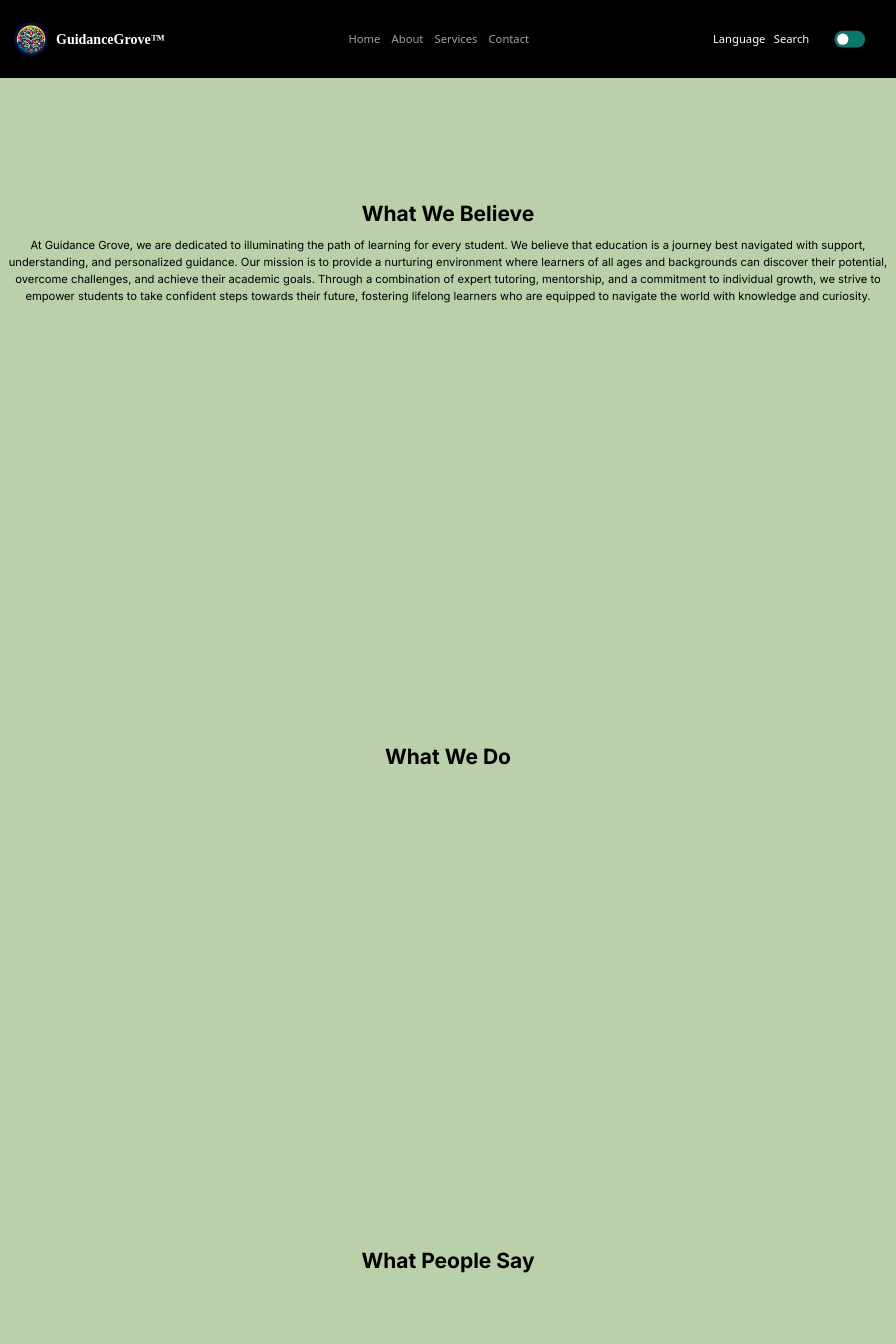
Repository: PositiveGuy/GuidanceGrove
Page: /
An editor plug-in stored every save of this project. The page is shown before and after the next save, followed by the edit.
The browser window is 1280 px wide. The pictures show the part of the page from y = 0 to 1920 px (the page is 3874 px tall before and 3600 px after), at 70% of full size.
The project was rebuilt for these pictures with package versions that can differ from the ones it lists, and the page was loaded fresh each time. The framework's server and built-in components were replaced by stand-ins that run in the browser. Also part of the build but not shown: next.config.js.

Above is the page before, as saved 2023-12-28 11:26:32.

### src/app/layout.tsx
import React from 'react';
import Header from '../components/header';
import Footer from '../components/footer';
import { Inter } from 'next/font/google';
import './globals.css';
import { ThemeContextProvider } from '@/context/ThemeContext';
import ThemeProvider from '@/providers/ThemeProvider';
import ThemeWrapper from '@/components/ThemeWrapper';

//font
const inter = Inter({ subsets: ['latin'] });



//header and footer layout
const RootLayout = ({ children }: { children: React.ReactNode }) => {
  return (
    <html lang='en'>
      <body>
        <ThemeContextProvider>
          <ThemeProvider>
            <Header />
            <ThemeWrapper>
              <main className={inter.className}>{children}</main>
            </ThemeWrapper>
            <Footer />
          </ThemeProvider>
        </ThemeContextProvider>
      </body>
    </html>
  );
};

export default RootLayout;

### src/app/page.tsx
import React from 'react';
//components import
import BelieveSection from '../components/BelieveSection';
import ServicesSection from '../components/ServicesSection';
import TestimonialsSection from '../components/TestimonialsSection';
import CallToActionSection from '../components/CallToActionSection';
import ContactSection from '../components/ContactSection';


//page layout
const Page = () => {
  return (
    <>

      <BelieveSection />
      <ServicesSection />
      <TestimonialsSection />
      <CallToActionSection />
      <ContactSection />
    </>
  );
};

export default Page;

### src/components/header.tsx
"use client"
import ThemeToggle from "./ThemeToggle";


const Header = () => {
  return (
    <nav className="fixed z-50 w-full flex justify-between items-center p-5 bg-black">
      {/* Left Side: Logo and GuidanceGrove™ */}
      <div className="flex items-center space-x-3">
        <img src="/Logo/guidance-grove-logo.png" alt="Guidance Grove Logo" className="h-12 w-12 rounded-full" />
        <div className="text-xl font-caveat font-bold text-white">
          GuidanceGrove™
        </div>
      </div>

      {/* Center: Navigation Links */}
      <div>
        <ul className="flex space-x-4">
          <li><a href="/" className="text-neutral-400 hover:text-white">Home</a></li>
          <li><a href="/about" className="text-neutral-400 hover:text-white">About</a></li>
          <li><a href="/services" className="text-neutral-400 hover:text-white">Services</a></li>
          <li><a href="/contact" className="text-neutral-400 hover:text-white">Contact</a></li>
        </ul>
      </div>

      {/* Right Side: Placeholders for Language, Search, and Dark Mode Toggle */}
      <div className="flex items-center space-x-3">
        <div className="text-white">Language</div>
        <div className="text-white">Search</div>
        <ThemeToggle />
      </div>
    </nav>
  );
};

export default Header;

### src/components/footer.tsx
import Image from "next/image";

const Footer = () => {
    return (
      <footer className="p-5 bg-black shadow-inner text-center">
        <div className="flex justify-center space-x-8 mt-10">
          {/* Placeholder for social icons */}
          <Image src={"/SVGs/ig.svg"} width={50} height={50} alt="ig"></Image>
          <Image src={"/SVGs/fb.svg"} width={50} height={50} alt="fb"></Image>
          <Image src={"/SVGs/tw.svg"} width={50} height={50} alt="tw"></Image>
          <Image src={"/SVGs/wa.svg"} width={50} height={50} alt="wa"></Image>
          <Image src={"/SVGs/yt.svg"} width={50} height={50} alt="in"></Image>
        </div>

        <div className="flex justify-center space-x-1 mb-10 text-teal-50">
          <div className="mt-20">
            ©2023; designed with love and care by
          </div>
          <div className="mt-20 font-caveat">
          GuidanceGrove™
          </div>
        </div>
      </footer>
    );
  };
  //make GuidanceGrove in font Caveat
  export default Footer;

### src/app/globals.css
@tailwind base;
@tailwind components;
@tailwind utilities;

:root {
  --foreground-rgb: 0, 0, 0;
  --background-start-rgb: 214, 219, 220;
  --background-end-rgb: 255, 255, 255;
}

@media (prefers-color-scheme: dark) {
  :root {
    --foreground-rgb: 255, 255, 255;
    --background-start-rgb: 0, 0, 0;
    --background-end-rgb: 0, 0, 0;
  }
}

body {
  color: rgb(var(--foreground-rgb));
  background: linear-gradient(
      to bottom,
      transparent,
      rgb(var(--background-end-rgb))
    )
    rgb(var(--background-start-rgb));
}

.custom-shadow {
    box-shadow: 0 2px 4px rgba(0, 0, 0, 0.2);
}

### src/context/ThemeContext.tsx
"use client"
import { createContext, useState, ReactNode, useEffect } from "react"

interface ChildrenProps {
    children: ReactNode
}

interface ThemeContextType {
    theme: string
    toggle: () => void
}

// This component is responsible to registering and remembering what theme was chosen by the user
// we use local storage for that
export const ThemeContext = createContext<ThemeContextType>({
    theme: "light",
    toggle: () => { },
})

function getFromLocalStorage() {
    if (typeof window === "undefined") {
        return "light";
    }
    const storedTheme = localStorage.getItem("theme");
    console.log("Initial theme from localStorage:", storedTheme); // Debug log
    return storedTheme || "light";
}


export const ThemeContextProvider = ({ children }: ChildrenProps) => {
    const [theme, setTheme] = useState<string>(getFromLocalStorage)

    // since next.js uses server side rendering, we must specify if the transition to client is completed
    const toggle = () => {
        setTheme(prevTheme => prevTheme === "light" ? "dark" : "light");
    };



    useEffect(() => {
        console.log("Updating theme in localStorage to:", theme); // Debug log
        localStorage.setItem("theme", theme);
    }, [theme]);



    return <ThemeContext.Provider value={{ theme, toggle }}>{children}</ThemeContext.Provider>
}

### src/providers/ThemeProvider.tsx
"use client"

import { ThemeContext } from "@/context/ThemeContext"
import { useState, useEffect, useContext, ReactNode } from "react"


interface ChildrenProps {
    children: ReactNode
}

// this component is created to keep the layout/page as server side rendered.
// useContext() requires you to have "use client"

export default function ThemeProvider({ children }: ChildrenProps) {
    const { theme } = useContext(ThemeContext)
    const [mounted, setMounted] = useState(false)

    useEffect(() => {
        setMounted(true)
    }, [])

    if (mounted) {
        return <div className={theme}>{children}</div>
    }
    return <div className={theme}>{children}</div>
}

### src/components/ThemeWrapper.tsx
"use client"
import React, { useContext } from 'react';
import { ThemeContext } from '@/context/ThemeContext';

const ThemeWrapper = ({ children }: { children: React.ReactNode }) => {
    const { theme } = useContext(ThemeContext);

    return (
        <div className={`${theme === "light" ? " bg-sage" : "bg-gray-700"}`}>
            {children}
        </div>
    );
};

export default ThemeWrapper;

### src/components/BelieveSection.tsx
"use client"
import { ThemeContext } from "@/context/ThemeContext";
import { useContext } from "react";

const BelieveSection = () => {
  const { theme } = useContext(ThemeContext)
  return (
    <div id="believe" className={`h-screen flex items-center justify-center ${theme === "light" ? " bg-red" : "bg-blue"} `}>
      <div className="text-center">
        <h2 className="text-3xl font-bold">What We Believe</h2>
        <p className="mt-4">At Guidance Grove, we are dedicated to illuminating the path of learning for every student.
          We believe that education is a journey best navigated with support, understanding, and personalized guidance.
          Our mission is to provide a nurturing environment where learners of all ages and backgrounds
          can discover their potential, overcome challenges, and achieve their academic goals.
          Through a combination of expert tutoring, mentorship, and a commitment to individual growth,
          we strive to empower students to take confident steps towards their future,
          fostering lifelong learners who are equipped to navigate the world with knowledge and curiosity.</p>
      </div>
    </div>
  );
};

export default BelieveSection;

### src/components/ServicesSection.tsx
"use client"
import { ThemeContext } from "@/context/ThemeContext";
import { useContext } from "react";

const ServicesSection = () => {
  const { theme } = useContext(ThemeContext)
  return (
    <div id="services" className={`h-screen flex items-center justify-center  `}>
      <div className="text-center">
        <h2 className="text-3xl font-bold">What We Do</h2>
        {/* Add service details here */}
      </div>
    </div>
  );
};

export default ServicesSection;

### src/components/TestimonialsSection.tsx
"use client"
import { ThemeContext } from "@/context/ThemeContext";
import { useContext } from "react";

const TestimonialsSection = () => {
  const { theme } = useContext(ThemeContext)
  return (
    <div id="testimonials" className={`h-screen flex items-center justify-center   `}>
      <div className="text-center">
        <h2 className="text-3xl font-bold">What People Say</h2>
        {/* Add testimonials here */}
      </div>
    </div>
  );
};

export default TestimonialsSection;

### src/components/CallToActionSection.tsx
"use client"
import { ThemeContext } from "@/context/ThemeContext";
import { useContext } from "react";

const CallToActionSection = () => {
  const { theme } = useContext(ThemeContext)
  return (
    <div id="cta" className={`h-screen flex items-center justify-center  `}>
      <div className="container mx-auto px-4 sm:px-6 lg:px-8">
        <div className="flex flex-wrap -mx-4 items-center">
          <div className="text-left lg:w-1/2 px-4 mb-4 lg:mb-0">
            <h2 className="text-5xl font-bold">Payments tool for software companies</h2>
            <p className="mt-2 text-lg">From checkout to global sales tax compliance, companies around the world use Flowbite to simplify their payment stack.</p>
            <button className="mt-4 bg-blue-500 text-white py-2 px-4 rounded hover:bg-blue-700">
              Get started ➤
            </button>
          </div>
          <div className="lg:w-1/2 px-4 flex justify-center lg:justify-end">
            <img src="DALLE/career.png" alt="Software Payment Tool" className="object-contain lg:object-cover h-80 w-full lg:w-auto rounded-lg shadow-lg" />
          </div>
        </div>
      </div>
    </div>
  );
};

export default CallToActionSection;

### src/components/ContactSection.tsx
"use client"
import { ThemeContext } from "@/context/ThemeContext";
import { useContext } from "react";

const ContactSection = () => {
  const { theme } = useContext(ThemeContext)
  return (
    <div id="contact" className={`h-screen flex items-center justify-center  `}>
      <div className="text-center">
        <h2 className="text-3xl font-bold">Contact Us</h2>
        {/* Add contact form or information here */}
      </div>
    </div>
  );
};

export default ContactSection;

### src/components/ThemeToggle.tsx
"use client"
import { useContext } from 'react'
import { Switch } from '@headlessui/react'
import { ThemeContext } from '@/context/ThemeContext'

export default function Example() {
    const { toggle, theme } = useContext(ThemeContext)

    // Determine if the switch should be on or off based on the current theme
    const isDarkMode = theme === 'dark'

    return (
        <div className="flex items-center justify-center p-6"> {/* Adjusted for centering */}
            <Switch
                checked={isDarkMode}
                onChange={toggle} // Use the toggle function from context
                className={`${isDarkMode ? 'bg-teal-900' : 'bg-teal-700'}
                    relative inline-flex items-center h-6 rounded-full w-11 transition-colors focus:outline-none`}
            >
                <span className="sr-only">Toggle theme</span>
                <span
                    aria-hidden="true"
                    className={`${isDarkMode ? 'translate-x-6' : 'translate-x-1'}
                        inline-block w-4 h-4 transform bg-white rounded-full transition-transform`}
                />
            </Switch>
        </div>
    )
}

### tailwind.config.ts
import type { Config } from 'tailwindcss'

const config: Config = {
  content: [
    './src/pages/**/*.{js,ts,jsx,tsx,mdx}',
    './src/components/**/*.{js,ts,jsx,tsx,mdx}',
    './src/app/**/*.{js,ts,jsx,tsx,mdx}',
  ],
  theme: {
    extend: {
      backgroundImage: {
        'gradient-radial': 'radial-gradient(var(--tw-gradient-stops))',
        'gradient-conic':
          'conic-gradient(from 180deg at 50% 50%, var(--tw-gradient-stops))',

      },
      colors: {
        sage: '#B9D0AA',
      },

      fontFamily: {
        caveat: ['Caveat', 'cursive'],
      },

    },

  },
  plugins: [],
}
export default config

After the next save:
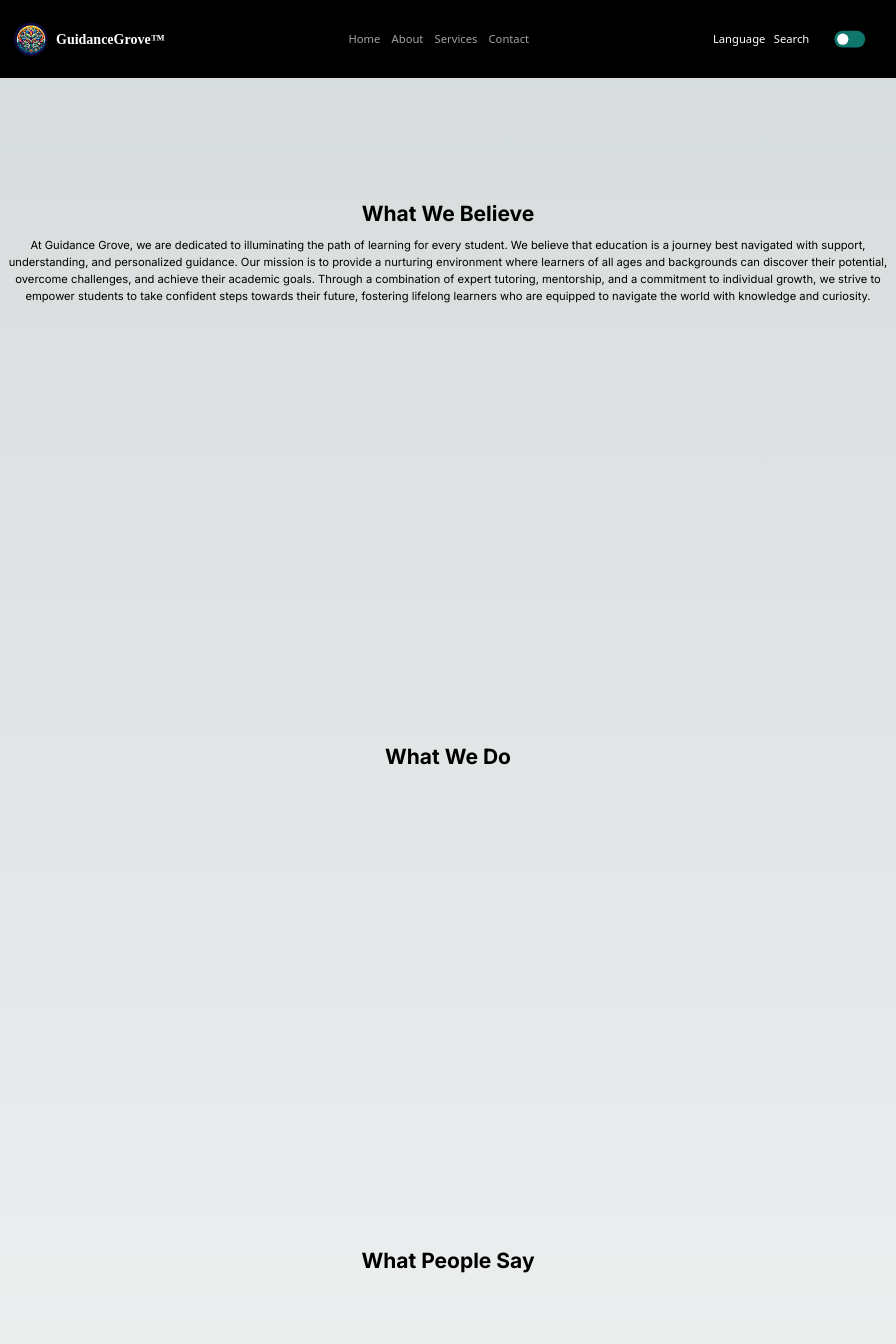
Saved 29 s later.
--- a/src/app/layout.tsx
+++ b/src/app/layout.tsx
@@ -20,10 +20,9 @@ const RootLayout = ({ children }: { children: React.ReactNode }) => {
         <ThemeContextProvider>
           <ThemeProvider>
             <Header />
-            <ThemeWrapper>
-              <main className={inter.className}>{children}</main>
-            </ThemeWrapper>
-            <Footer />
+
+            <main className={inter.className}>{children}</main>
+
           </ThemeProvider>
         </ThemeContextProvider>
       </body>
